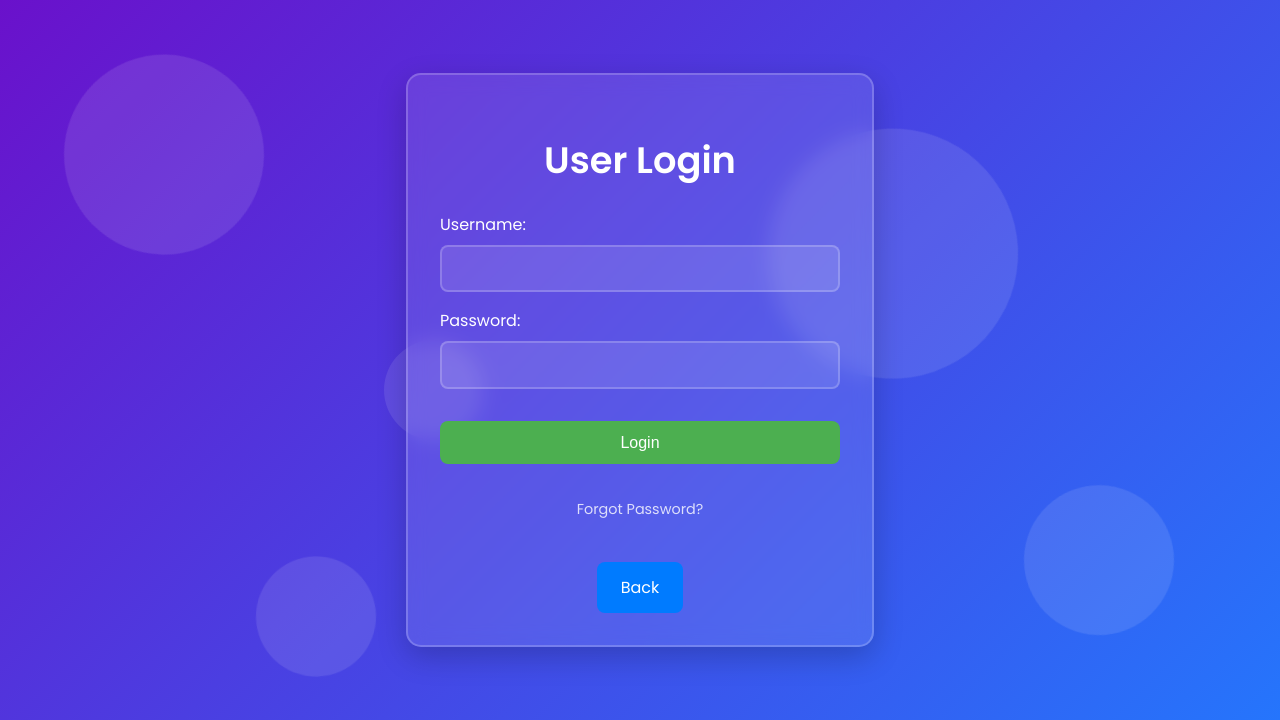
Repository: ASKANIPRAVEEN/online-complaint-management-system
Page: http://localhost/login/
The author's editor kept a copy of each file at every save. The page is drawn from the files as they stood at one save, then again after the next save.
The browser window is 1280 px wide. The pictures show the whole page.
The page is served by the project's application, run on Django 4.2 (manage.py).

Above is the page before, as saved 2025-10-15 14:58:50.

After the next save:
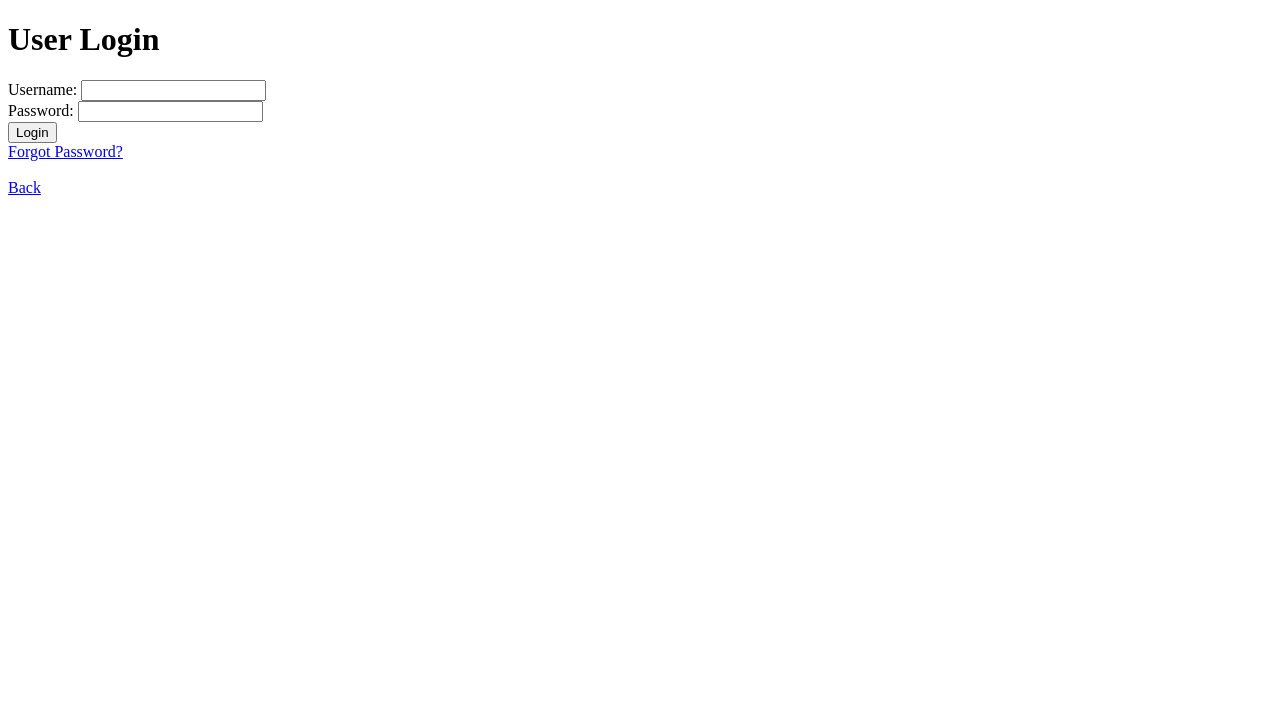
Not found: static/complaints/css/login.css
Saved 27 s later.
--- a/complaints/templates/user_login.html
+++ b/complaints/templates/user_login.html
@@ -7,7 +7,7 @@
     <!-- Load static files -->
     {% load static %}
     <!-- Link your CSS file -->
-    <link rel="stylesheet" href="{% static 'css/login.css' %}">
+    <link rel="stylesheet" href="{% static 'complaints/css/login.css' %}">
     <!-- Include Google Fonts for better typography -->
     <link href="https://fonts.googleapis.com/css2?family=Poppins:wght@300;400;600&display=swap" rel="stylesheet">
 </head>

After the 2 saves that followed:
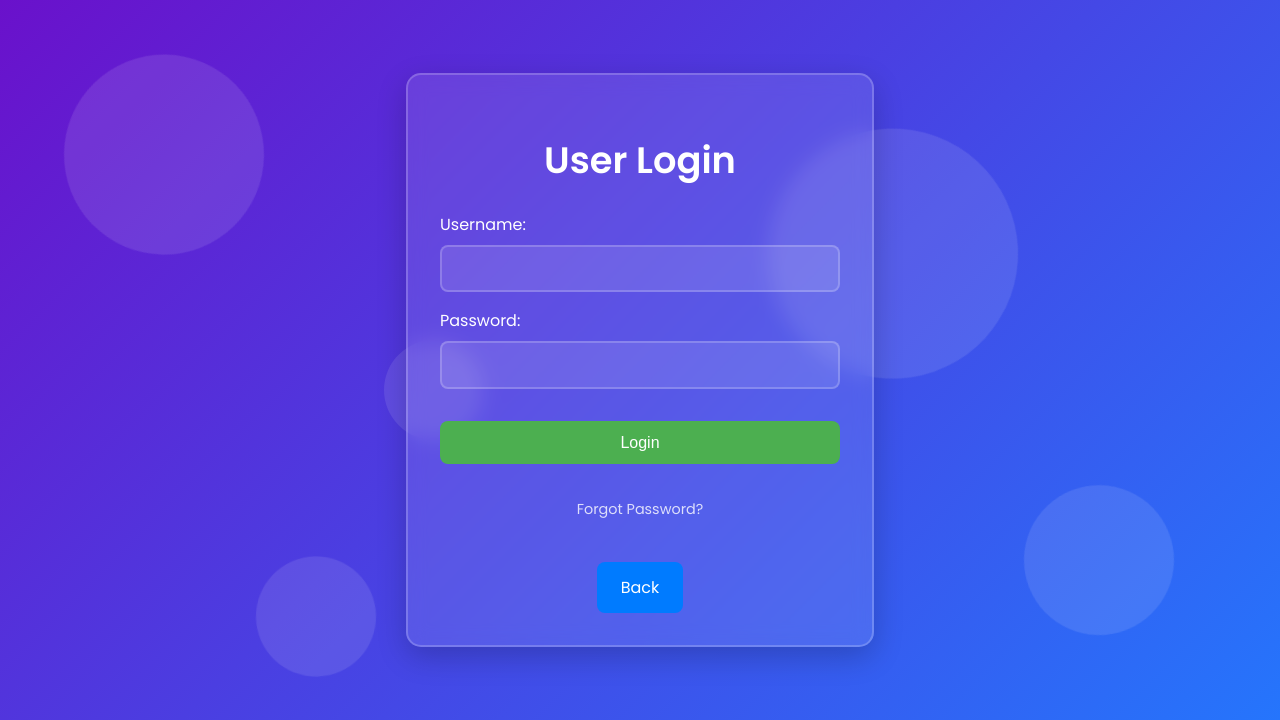
The 2 saves are shown as one change because 1 left the picture as it was.
The last was saved 43 s later.
--- a/complaints/templates/user_login.html
+++ b/complaints/templates/user_login.html
@@ -7,7 +7,7 @@
     <!-- Load static files -->
     {% load static %}
     <!-- Link your CSS file -->
-    <link rel="stylesheet" href="{% static 'complaints/css/login.css' %}">
+    <link rel="stylesheet" href="{% static 'css/login.css' %}">
     <!-- Include Google Fonts for better typography -->
     <link href="https://fonts.googleapis.com/css2?family=Poppins:wght@300;400;600&display=swap" rel="stylesheet">
 </head>
